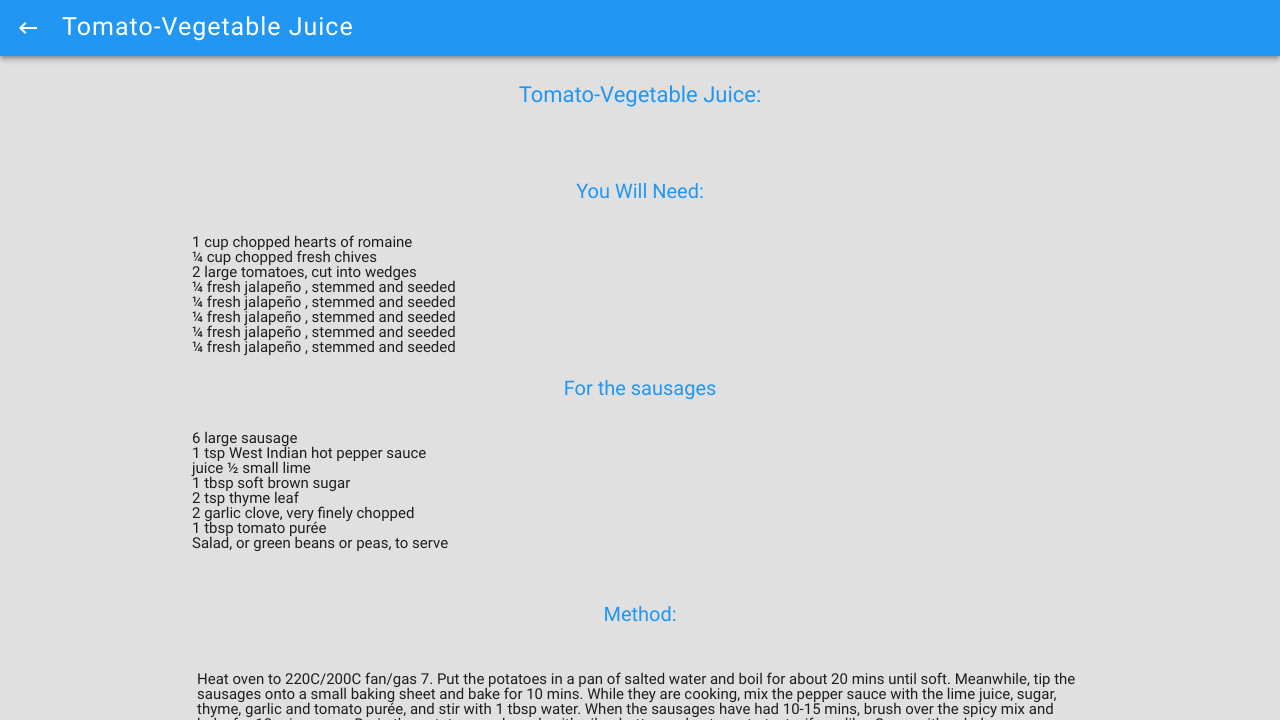
Repository: mattmoloney/vitae-2.0
Page: http://localhost/recipes/drink_recipies/drrecipie1.php
The author's editor kept a record of every edit. The page is drawn from the files as they stood at one moment, then again after the next edit.
The browser window is 1280 px wide. The pictures show the whole page.
An inner scrolling area shows only its first screen. The page is run by PHP 8.4 with error messages shown; the project is at /var/www/html/.

Above is the page before.

### recipes/drink_recipies/drrecipie1.php
<!DOCTYPE html>
<html xmlns="http://www.w3.org/1999/xhtml">

<head>
    <title>Vitae</title>
    <meta http-equiv="Content-Type" content="/html; charset=UTF-8" />
    <meta name="description" content="" />
    <meta name="keywords" content="" />
    <meta name='language' content='EN'>
    <meta name="viewport" content="width=device-width, initial-scale=1.0" />
    <link rel="icon" type="image/png" href="" />

    <link href="../../css/reset.css" rel="stylesheet" />
    <link href="https://fonts.googleapis.com/icon?family=Material+Icons" rel="stylesheet">
    <link href="https://fonts.googleapis.com/css?family=Montserrat|Oswald|Roboto" rel="stylesheet">

     <link href="../../css/materialize.min.css" rel="stylesheet" />
     <link href="../../css/style.css" rel="stylesheet" />
<?php
session_start();
?>
    </head>

    <body>

<div class="container-fluid">
    <div class="row headbar-container">
        <div class="headbar blue z-depth-2">
            <a href="../../drinksmenu.php" class="menu-icon"><i class="material-icons">keyboard_backspace</i></a>
            <div class="headtitle">Tomato-Vegetable Juice</div>
        </div>
    </div>
</div>


<div class="container">

                <h2>Tomato-Vegetable Juice:</h2>
                <br>
                <br>
                <h3>You Will Need:</h3>
                <br>
                <ul id="ingredience">
                    <li>1 cup chopped hearts of romaine</li>
                    <li>¼ cup chopped fresh chives</li>
                    <li>2 large tomatoes, cut into wedges</li>
                    <li>¼ fresh jalapeño , stemmed and seeded</li>
                    <li>¼ fresh jalapeño , stemmed and seeded</li>
                    <li>¼ fresh jalapeño , stemmed and seeded</li>
                    <li>¼ fresh jalapeño , stemmed and seeded</li>
                    <li>¼ fresh jalapeño , stemmed and seeded</li>
                </ul>
                <h3>For the sausages</h3>
                <br>
                <ul id="ingredience">
                     <li>6 large sausage</li>
                     <li>1 tsp West Indian hot pepper sauce</li>
                     <li>juice ½ small lime</li>
                     <li>1 tbsp soft brown sugar</li>
                     <li>2 tsp thyme leaf</li>
                     <li>2 garlic clove, very finely chopped</li>
                     <li>1 tbsp tomato purée</li>
                     <li>Salad, or green beans or peas, to serve</li>
                </ul>
                <br>
                <br>
                <h3>Method:</h3>
                <br>
                <br>
                <p>Heat oven to 220C/200C fan/gas 7. Put the potatoes in a pan of salted water and boil for about 20 mins until soft.
Meanwhile, tip the sausages onto a small baking sheet and bake for 10 mins. While they are cooking, mix the pepper sauce with the lime juice, sugar, thyme, garlic and tomato purée, and stir with 1 tbsp water. When the sausages have had 10-15 mins, brush over the spicy mix and bake for 10 mins more.
Drain the potatoes and mash with oil or butter, and nutmeg to taste, if you like. Serve with salad, or green beans or peas.
</p>

                     <a href="../../food.php"><input class="btn" type="submit" name="submit" value="Back to CookBook" style="margin-left: 6em; margin-bottom: 1em; margin-top: 2em;" /></a>

            </div> <!--container-->

    <script src="../../js/jquery-3.1.1.min.js"></script>
    <script type="text/javascript" src="../../js/materialize.min.js"></script>
</body>

</html>

### css/style.css
html,body
{
	transition: all 1s ease;
    width: 100%;
    height: 100%;
    margin: 0px;
    padding: 0px;
    overflow-x: hidden;
    background-color: #e0e0e0;
}

[type="radio"]:not(:checked), [type="radio"]:checked {
    position: relative;
    left: 0px;
    opacity: 1;
    margin-left:15px;
}

input, button, submit
{
  border:none;
  background  : none;
}

select {
    display: block!important;
    margin: 5px 0px;
}

h1{

    color: #2196F3;
    font-size: 30px;
    text-align: center;
}

h2{

    color: #2196F3;
    font-size: 22px;
    text-align: center;
}

h3 {

    color: #2196F3;
    font-size: 20px;
    text-align: center;
}

h4 {

    color: #000;
    font-size: 24px;
    text-align: left;
    padding-top: 15px;
    padding-left: 5px;
}

h5{

    color: #2196F3;
    font-size: 20px;
    text-align: left;
    padding-left: 5px;
}

p{

    padding-left: 5px;
}

.btn, .btn-large {
    background-color: #2196F3!important;
}

.nostyle {
	color: inherit;
	text-decoration: none;
}

.separator {
    height: 1px;
    width: 100%;
    background-color: #DDDDDD;
    margin : 15px 0px;
}

/**homepage**/

.menu-row {
    height: 140px;
}

.container-index {
    margin-top: 50px;
}

.blue-circle-left {
    border-radius: 50%;
	width: 75px;
	height: 75px;
    float: left;
    background-color: #2196F3;
}

.blue-circle-right {
    border-radius: 50%;
	width: 75px;
	height: 75px;
    float: right;
    background-color: #2196F3;
}

.icon-circle {
    color:white;
    margin-top: 0.4em;
    margin-left:0.45em;
    margin-right:auto;
    font-size: 40px;
}

.category-name {
    text-align: center;
    font-size: 22px;
    margin-top: 22px;
    color: #555555;

}

.menu-subgroup {
    width: 75px;
    margin-left: auto;
    margin-right: auto;
    display: block;
}

.btn-track-index {
    width: 100%;
    margin: 10px 0px;
}

/**cookbook**/

.menu-btn {
    width: 150px;
}

.container-food {

    margin-top: 50px;
}

.best_recipies {

    background-color: #fff;
    color: #DDD;
}


/******Topbar****/

.headbar-container {
    width:100%;
    margin:0;
    height:56px;
    z-index:90;
}


.headbar {
    width:100%;
    margin:0;
    height:56px;
    z-index:90;
    position: relative
}

.menu-icon {
    width:24px;
    font-size:48px;
    color:white;
    margin-left:16px;
    float: left;
}

.menu-icon-down {
    width:24px;
    font-size:48px;
    color:white;
    margin-top: 0.3em;
    margin-left:16px;
    float: left;
}

.headtitle {
    color:white;
    font-size: 25px;
    float: left;
    margin-left:22px;
    line-height: 54px;
    letter-spacing: 1px;
}

.menu-icon-share {
    width:24px;
    height:56px;
    font-size:48px;
    color:white;
    margin-right:16px;
    float: right;
}

.menu-icon-profile {
    width:24px;
    height:56px;
    font-size:48px;
    color:white;
    margin-right:16px;
    float: right;
}

.menu-icon-profile-down {
    width:24px;
    height:56px;
    font-size:48px;
    color:white;
    margin-top: 0.3em;
    margin-right:16px;
    float: right;
}

/******Profile page****/

.not-logged-p {
    margin-top:20px;
    font-size: 18px;
    line-height: 25px;
}

.sub-headbar {
    width:100%;
    margin-top:0px;
    height:42px;
    z-index:20;
}

.profile-name {
    color:white;
    font-size: 18px;
    float: left;
    margin-left:20px;
    line-height: 42px;
}

.profile-row h5 {
    font-size: 18px;
    margin-top: 15px;
    text-align: center;
    font-weight: 700;
    color: #212121;
}

.profile-photo {
    border-radius: 50%;
    margin-left:auto;
    margin-right:auto;
	width: 110px;
	height: 110px;
    background-color: #2196F3;
}

.profile-photo img{
	width: 100px;
	height: 100px;
    margin-top:5px;
}

.profile-infos {
    text-align: left;
    margin-top:20px;
}


.card-profile {
    display:block;
    width:100%;
    padding:20px;
}

.profile-title {
    font-weight: 700;
    font-size: 19px;
    margin-bottom: 15px;
    color: #212121;
}

.profile-othertitle{
    font-size: 17px;
    margin-bottom: 10px;
    color: #212121;
}

.profile-title a {
    float: right;
}

.profile-subtitle {
    margin-bottom: 5px;
}

.profile-link  {
    width: 100%;
}

.records-cont {
    margin-bottom: 12px;
    margin-left:7px;
}

.profile-save {
    width: 100%;
    margin-top: 10px;
}

.form-entry {
    margin: 10px 0px;
}

.select-img {
    margin-top: 20px;
    text-align:center;
}

.select-img img {
    height:80px;
    width:80px;
}



/******Register page****/

.form-register{

    width: 90%;
    margin-left: 1.5em;
    margin-top: 3em;
}

/******Login page****/


.login-form {
    margin-top: 20px;
}
.register-now-container {
    margin-top:30px;
}

/******trackers page****/
.container-weight {
}

.current-weight-title {
    text-align:center;
    font-weight: 700;
    font-size: 22px;
    margin-bottom:20px;
}

.actual-weight {
    color: #2196F3;
}

.weight-tl {
    width: 94%;
    margin-top: 30px;
    margin-left: 3%;
    margin-right: 3%;
    padding-bottom:0px;
    text-align:center;
}

.weight-lines {
    text-align:center;
}

.weight-line {
    font-size: 18px;
    margin-bottom: 15px;
}

.current-sleep-title {
    font-weight:700;
    font-size: 22px;
    margin-bottom:15px;
}

.current-sleep-subtitle {
    font-size: 18px;
    margin-bottom:15px;
}


.sleep-btn{
    margin-top: 20px;
}


/******sports page****/
.sport-submit {
    margin-left: auto;
    margin-right:auto;
    display:block;
}
.input-group {
    margin: 10px 0px;
}

.form-sport{

    width: 90%;
    margin-left: 1.5em;
}

.activities-sport {
    margin-top:20px;
}

.sport-tl-firstline {
    font-size: 16px;
    margin-bottom: 10px;
}

.sport-tl-secondline {
    font-size: 14px;
}

Loaded but not shown: css/reset.css (common file); css/materialize.min.css (library); js/jquery-3.1.1.min.js (library); js/materialize.min.js (library)

After the next edit:
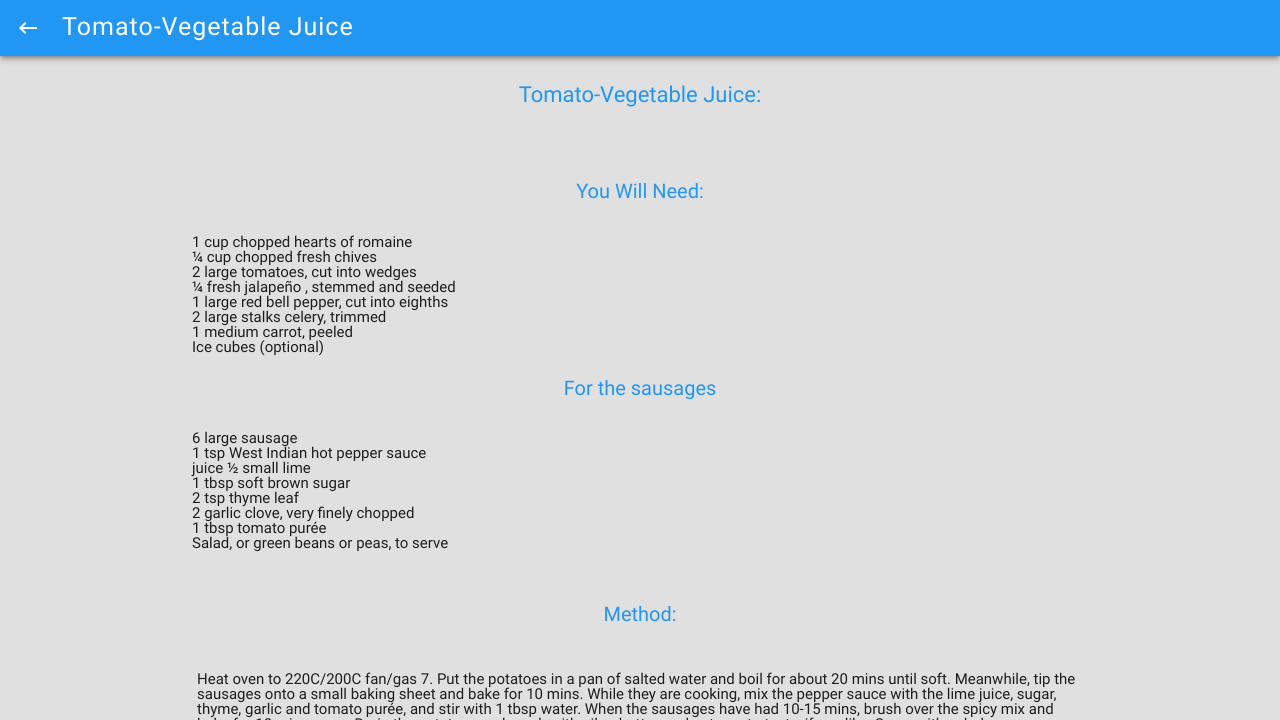
The edit:
--- a/recipes/drink_recipies/drrecipie1.php
+++ b/recipes/drink_recipies/drrecipie1.php
@@ -45,10 +45,10 @@
                     <li>¼ cup chopped fresh chives</li>
                     <li>2 large tomatoes, cut into wedges</li>
                     <li>¼ fresh jalapeño , stemmed and seeded</li>
-                    <li>¼ fresh jalapeño , stemmed and seeded</li>
-                    <li>¼ fresh jalapeño , stemmed and seeded</li>
-                    <li>¼ fresh jalapeño , stemmed and seeded</li>
-                    <li>¼ fresh jalapeño , stemmed and seeded</li>
+                    <li>1 large red bell pepper, cut into eighths</li>
+                    <li>2 large stalks celery, trimmed</li>
+                    <li>1 medium carrot, peeled</li>
+                    <li>Ice cubes (optional)</li>
                 </ul>
                 <h3>For the sausages</h3>
                 <br>
